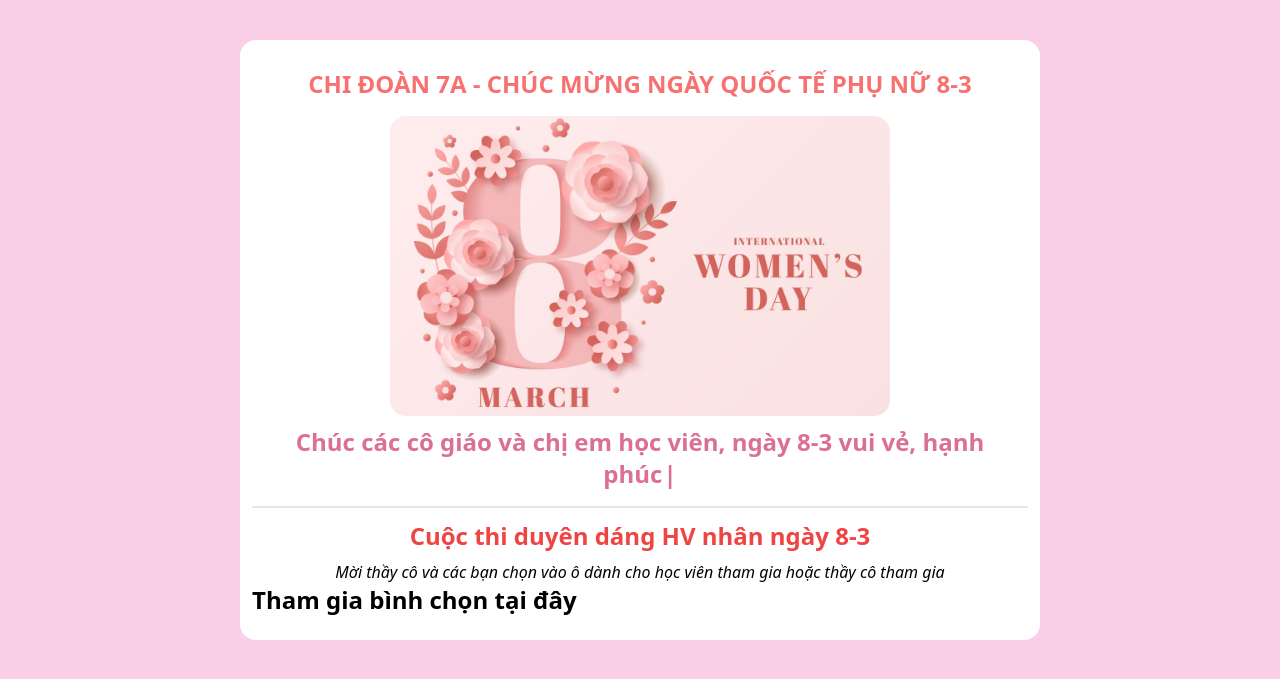
Repository: hoang0508/web-837A
Page: /
These files come from the project's save history. The page is drawn as it stood at one moment and after the next save; the edit follows.
The browser window is 1280 px wide. The pictures show the whole page.
Some web fonts or font styles are not loaded; a fallback is used. The project was rebuilt for these pictures with package versions that can differ from the ones it lists, and the page was loaded fresh each time. Also part of the build but not shown: vite.config.js.

Above is the page before, as saved 2025-02-28 19:24:56.

### index.html
<!DOCTYPE html>
<html lang="en">
  <head>
    <meta charset="UTF-8" />
    <link rel="icon" type="image/svg+xml" href="/vite.svg" />
    <meta name="viewport" content="width=device-width, initial-scale=1.0" />
    <link rel="preconnect" href="https://fonts.googleapis.com" />
    <link rel="preconnect" href="https://fonts.gstatic.com" crossorigin />
    <link
      href="https://fonts.googleapis.com/css2?family=Bai+Jamjuree:ital,wght@0,200;0,300;0,400;0,500;0,600;0,700;1,200;1,300;1,400;1,500;1,600;1,700&family=Montserrat:ital,wght@0,100..900;1,100..900&display=swap"
      rel="stylesheet"
    />
    <title>Vite + React</title>
  </head>
  <body>
    <div id="root"></div>
    <script type="module" src="/src/main.jsx"></script>
  </body>
</html>

### src/index.css
@import url("https://fonts.googleapis.com/css2?family=Bai+Jamjuree:ital,wght@0,200;0,300;0,400;0,500;0,600;0,700;1,200;1,300;1,400;1,500;1,600;1,700&family=Montserrat:ital,wght@0,100..900;1,100..900&display=swap");
@tailwind base;
@tailwind components;
@tailwind utilities;
*,
*:before,
*:after {
  box-sizing: border-box;
}

img,
picture,
svg,
video {
  display: block;
  max-width: 100%;
}
input,
select,
textarea {
  background-color: transparent;
  outline: none;
}
button {
  cursor: pointer;
  background-color: transparent;
  outline: none;
  border: 0;
}
body {
  min-height: 100vh;
  font-weight: 400;
  font-size: 16px;
  line-height: 1;
}

.Typewriter {
  margin: 10px;
  color: palevioletred;
  text-align: center;
  height: 70px;
}

### src/App.jsx
import { useState } from "react";
import reactLogo from "./assets/react.svg";
import anh83 from "./assets/anh832.png";
import Typewriter from "typewriter-effect";

import "./index.css";

function App() {
  const [count, setCount] = useState(0);

  return (
    <>
      <div className="text-2xl font-bold  bg-pink-200 min-h-screen p-10">
        <div className="bg-white shadow-3xl p-3 w-[800px]  my-0 mx-auto rounded-2xl">
          <h1 className="text-center text-red-400 p-4 uppercase">
            Chi đoàn 7A - CHÚC MỪNG NGÀY QUỐC TẾ PHỤ NỮ 8-3
          </h1>
          <div className="mx-auto w-[500px] h-[300px]">
            <img
              src={anh83}
              alt="##"
              className="w-full h-full object-cover rounded-2xl"
            />
          </div>
          <div className="border-b-2 border-gray-200">
            <Typewriter
              options={{
                strings: [
                  `${"Chúc các cô giáo và chị em học viên, ngày 8-3 vui vẻ, hạnh phúc, luôn mạnh khỏe và thành công! 🌸💐❤️❤️❤️💰"}`,
                ],
                delay: 75,
                autoStart: true,
                loop: true,
              }}
            />
          </div>
          <div className="my-3">
            <h3 className="text-center font-bold text-red-500 mb-2">
              Cuộc thi duyên dáng HV nhân ngày 8-3
            </h3>
            <p className="text-center italic text-base font-light">
              Mời thầy cô và các bạn chọn vào ô dành cho học viên tham gia hoặc
              thầy cô tham gia
            </p>
            <button>Tham gia bình chọn tại đây</button>
          </div>
        </div>
      </div>
    </>
  );
}

export default App;

### tailwind.config.js
/** @type {import('tailwindcss').Config} */
export default {
  content: ["./index.html", "./src/**/*.{js,ts,jsx,tsx}"],
  theme: {
    extend: {
      keyframes: {
        typing: {
          "0%": {
            width: "0%",
            visibility: "hidden",
          },
          "100%": {
            width: "100%",
          },
        },
        blink: {
          "50%": {
            borderColor: "transparent",
          },
          "100%": {
            borderColor: "white",
          },
        },
      },
      animation: {
        typing: "typing 5s steps(40) infinite alternate, blink .10s infinite",
      },
    },
  },
  plugins: [],
};

Loaded but not shown: src/main.jsx (common file)

After the next save:
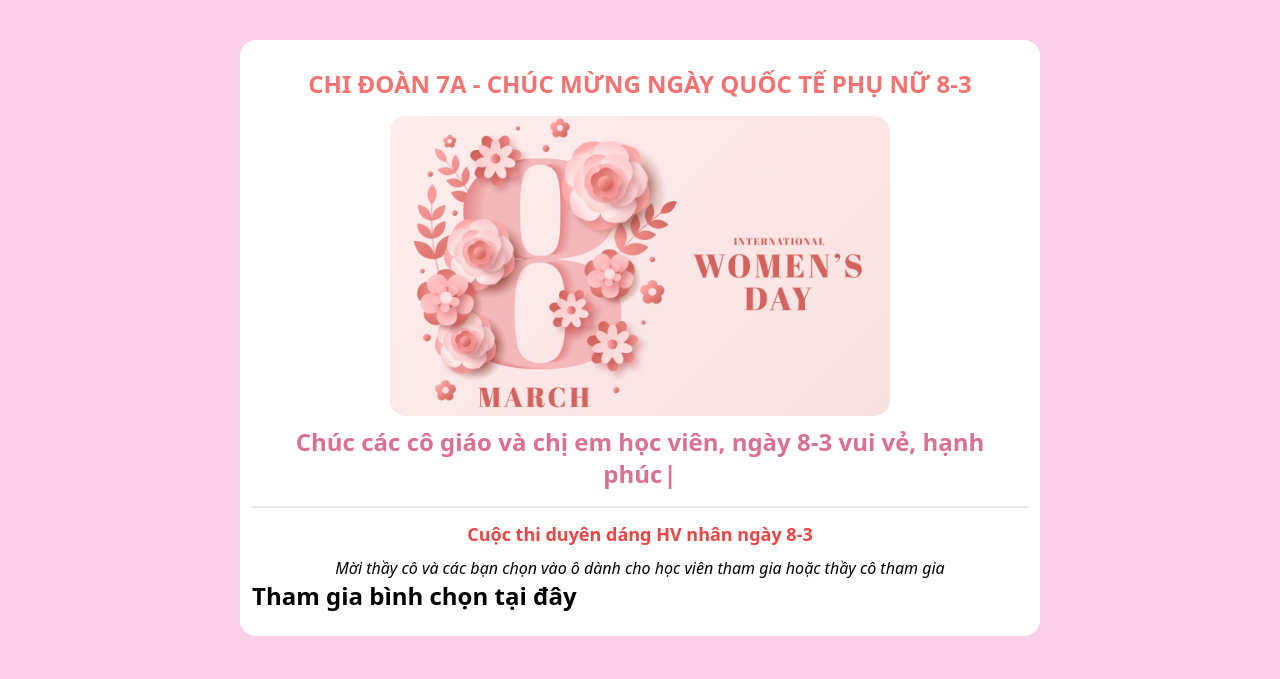
Saved 19 s later.
--- a/src/App.jsx
+++ b/src/App.jsx
@@ -35,7 +35,7 @@ function App() {
             />
           </div>
           <div className="my-3">
-            <h3 className="text-center font-bold text-red-500 mb-2">
+            <h3 className="text-center font-bold text-red-500 mb-2 text-lg">
               Cuộc thi duyên dáng HV nhân ngày 8-3
             </h3>
             <p className="text-center italic text-base font-light">
